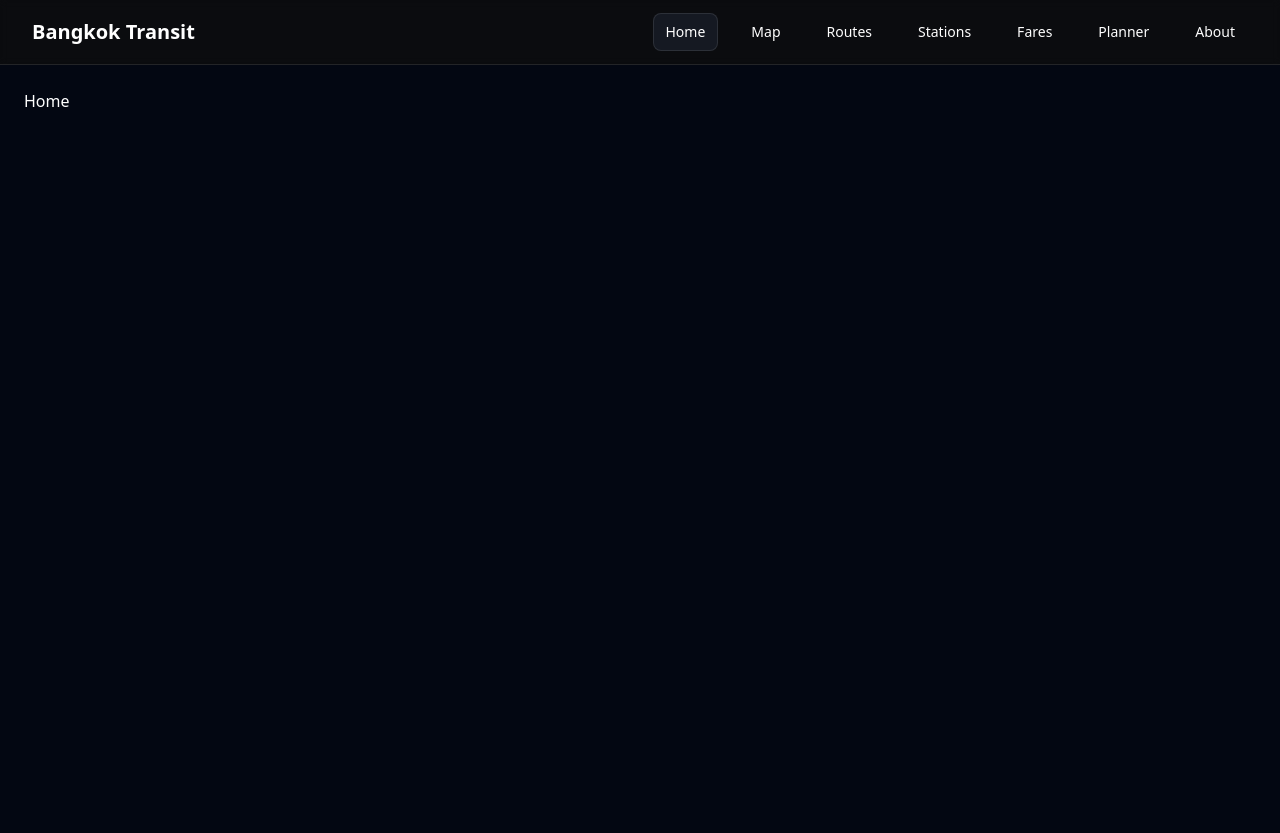
Repository: pyaestk/Bangkok-transit-map
Page: /
An editor plug-in stored every save of this project. The page is shown before and after a run of saves, followed by the edit.
The browser window is 1280 px wide. The pictures show the whole page.
The project was rebuilt for these pictures with package versions that can differ from the ones it lists, and the page was loaded fresh each time. Also part of the build but not shown: vite.config.ts, src/component/FiltersCard.tsx, src/pages/Map.tsx, src/pages/Planner.tsx, src/pages/Stations.tsx, src/pages/TrainRoutes.tsx, src/pages/Fares.tsx, src/pages/About.tsx.

Above is the page before, as saved 2025-10-04 10:25:19.

### index.html
<!doctype html>
<html lang="en">
  <head>
    <meta charset="UTF-8" />
    <link rel="icon" type="image/svg+xml" href="/vite.svg" />
    <meta name="viewport" content="width=device-width, initial-scale=1.0" />
    <title>bangkok-transit-map</title>
  </head>
  <body>
    <div id="root"></div>
    <script type="module" src="/src/main.tsx"></script>
  </body>
</html>

### src/main.tsx
import { StrictMode } from 'react'
import { createRoot } from 'react-dom/client'
import './index.css'
import App from './App.tsx'
import { BrowserRouter as Router } from 'react-router'

createRoot(document.getElementById('root')!).render(
  <StrictMode>
    <Router>
      <App />
    </Router>
  </StrictMode>,
)

### src/App.tsx
import "./App.css";
import NavBar from "./component/NavBar";
import { Routes, Route } from "react-router-dom";
import Home from "./pages/Home";
import Map from "./pages/Map";
import Planner from "./pages/Planner";
import Stations from "./pages/Stations";
import TrainRoutes from "./pages/TrainRoutes";
import Fares from "./pages/Fares";
import About from "./pages/About";


function App() {
  return (
    <div className="min-h-screen flex flex-col">
      {/* Navbar at the top */}
      <NavBar />

      {/* Main content area */}
      <main className="flex-1 p-6 bg-gray-950">
        <Routes>
          <Route
            path="/"
            element={ <Home/> }
          />
          <Route
            path="/map"
            element={ <Map/> }
          />
          <Route
            path="/planner"
            element={ <Planner/>}
          />
          <Route
            path="/routes"
            element={<TrainRoutes/>}
          />
          <Route
            path="/stations"
            element={<Stations/>}
          />
          <Route
            path="/fares"
            element={<Fares/>}
          />
          <Route
            path="/about"
            element={<About/>}
          />
        </Routes>
      </main>
    </div>
  );
}

export default App;

### src/App.css
@import "tailwindcss";

:root {
  background: #0a0a0a;
}

### src/component/NavBar.tsx
import { NavLink } from "react-router-dom";
import { useState } from "react";

function NavBar() {
  const [open, setOpen] = useState(false);

  const baseClasses =
    "px-3 py-2 text-sm border border-transparent block text-center";
  const inactiveClasses = "text-white transition-colors";
  const activeClasses = "bg-[#151922] border rounded-lg text-white border-white/10";

  const links = [
    { to: "/", label: "Home" },
    { to: "/map", label: "Map" },
    { to: "/routes", label: "Routes" },
    { to: "/stations", label: "Stations" },
    { to: "/fares", label: "Fares" },
    { to: "/planner", label: "Planner" },
    { to: "/about", label: "About" },
  ];

  return (
    <nav className="sticky top-0 z-50 bg-[#0e111675] border-b border-white/10 backdrop-blur-[4px]">
      <div className="max-w-7xl mx-auto px-4 sm:px-6 lg:px-8">
        <div className="flex items-center justify-between h-16">
          {/* Left side (Logo / Brand) */}
          <div className="flex-shrink-0 text-white text-xl font-bold">
            Bangkok Transit
          </div>

          {/* Desktop links */}
          <div className="hidden md:flex space-x-5">
            {links.map((l) => (
              <NavLink
                key={l.to}
                to={l.to}
                className={({ isActive }) =>
                  `${baseClasses} ${isActive ? activeClasses : inactiveClasses}`
                }
              >
                {l.label}
              </NavLink>
            ))}
          </div>

          {/* Mobile hamburger button */}
          <div className="md:hidden">
            <button
              aria-label="Toggle menu"
              onClick={() => setOpen((s) => !s)}
              className="inline-flex items-center justify-center p-2 rounded-md text-white hover:bg-white/5 focus:outline-none focus:ring-2 focus:ring-white"
            >
              <span className="sr-only">Open main menu</span>
              {/* Hamburger / X icon */}
              <svg
                className={`h-6 w-6 ${open ? "hidden" : "block"}`}
                xmlns="http://www.w3.org/2000/svg"
                fill="none"
                viewBox="0 0 24 24"
                strokeWidth={2}
                stroke="currentColor"
                aria-hidden="true"
              >
                <path
                  strokeLinecap="round"
                  strokeLinejoin="round"
                  d="M3 6h18M3 12h18M3 18h18"
                />
              </svg>
              <svg
                className={`h-6 w-6 ${open ? "block" : "hidden"}`}
                xmlns="http://www.w3.org/2000/svg"
                fill="none"
                viewBox="0 0 24 24"
                strokeWidth={2}
                stroke="currentColor"
                aria-hidden="true"
              >
                <path
                  strokeLinecap="round"
                  strokeLinejoin="round"
                  d="M6 18L18 6M6 6l12 12"
                />
              </svg>
            </button>
          </div>
        </div>
      </div>

      {/* Mobile menu, shown when open is true */}
      <div className={`md:hidden ${open ? "block" : "hidden"} `}>
        <div className="px-2 pt-2 pb-3 space-y-1">
          {links.map((l) => (
            <NavLink
              key={l.to}
              to={l.to}
              onClick={() => setOpen(false)}
              className={({ isActive }) =>
                `${baseClasses} ${isActive ? activeClasses : inactiveClasses}`
              }
            >
              {l.label}
            </NavLink>
          ))}
        </div>
      </div>
    </nav>
  );
}

export default NavBar;

### src/pages/Home.tsx
export default function Home() {
  return (
    <div className="min-h-screen">
      <h1 className="text-white">Home</h1>
    </div>
  )
}

Loaded but not shown: src/index.css (common file)

After the next 2 saves:
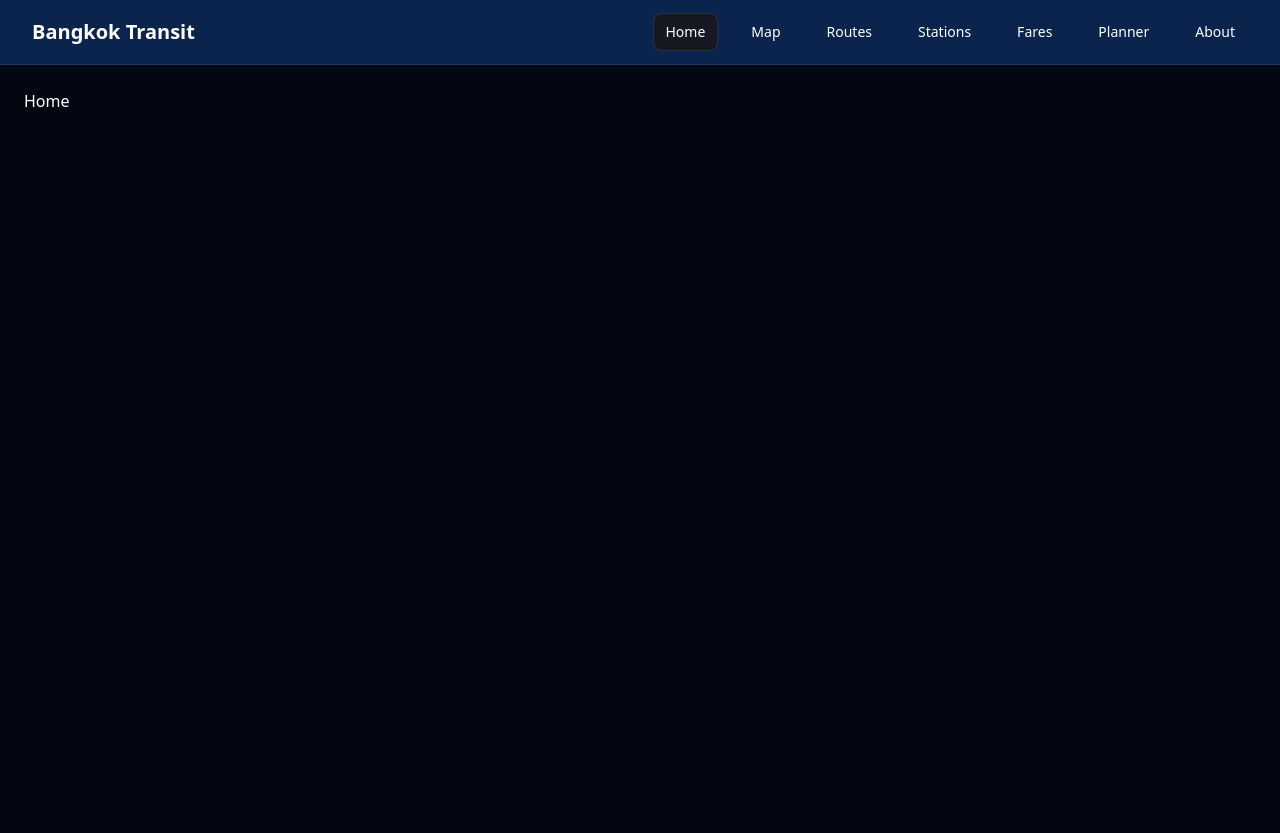
The 2 saves are shown as one change because they came seconds apart.
The last was saved 23 s later.
--- a/src/component/NavBar.tsx
+++ b/src/component/NavBar.tsx
@@ -20,7 +20,7 @@
   ];
 
   return (
-    <nav className="sticky top-0 z-50 bg-[#0e111675] border-b border-white/10 backdrop-blur-[4px]">
+    <nav className="sticky top-0 z-50 bg-[#0b244e] border-b border-white/10 backdrop-blur-[4px]">
       <div className="max-w-7xl mx-auto px-4 sm:px-6 lg:px-8">
         <div className="flex items-center justify-between h-16">
           {/* Left side (Logo / Brand) */}

After the save that followed:
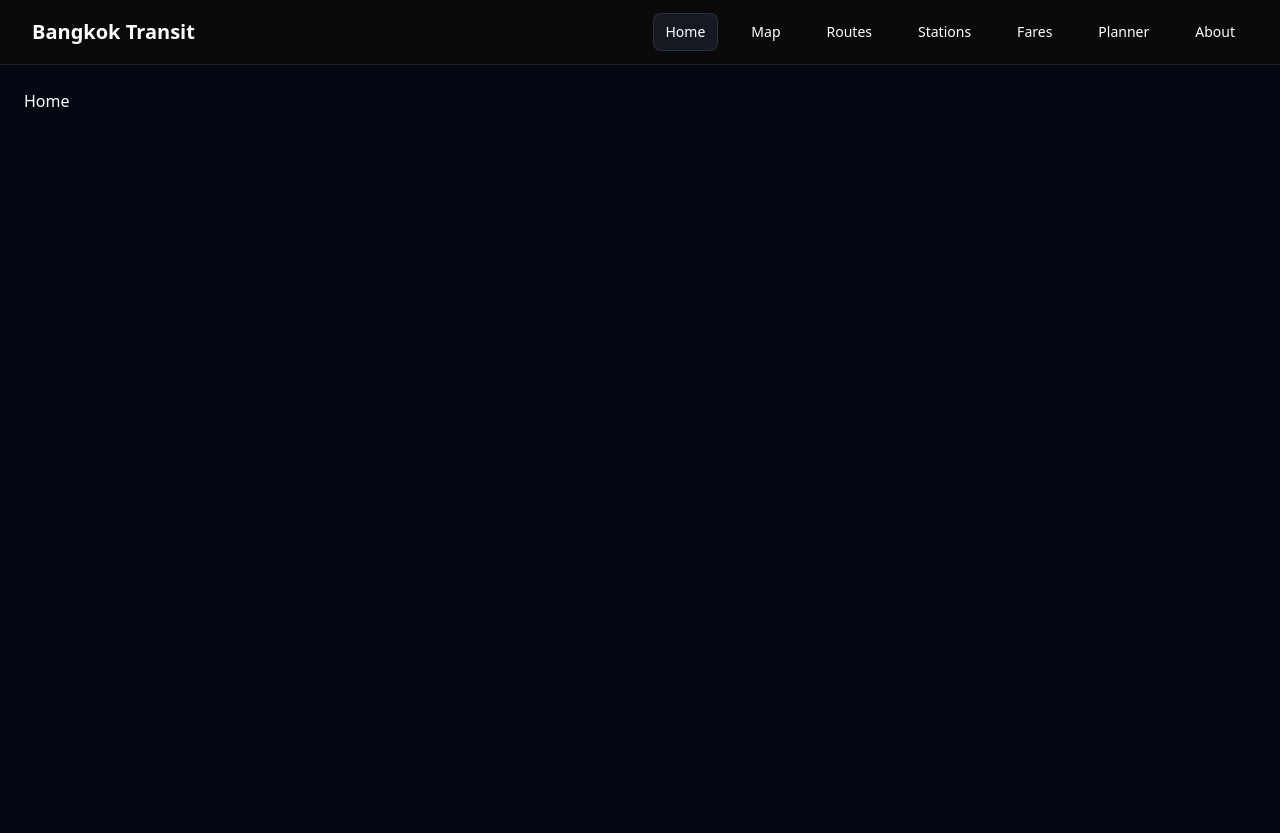
Saved 18 s later.
--- a/src/component/NavBar.tsx
+++ b/src/component/NavBar.tsx
@@ -20,7 +20,7 @@
   ];
 
   return (
-    <nav className="sticky top-0 z-50 bg-[#0b244e] border-b border-white/10 backdrop-blur-[4px]">
+    <nav className="sticky top-0 z-50 bg-[#0a0a0a] border-b border-white/10 backdrop-blur-[4px]">
       <div className="max-w-7xl mx-auto px-4 sm:px-6 lg:px-8">
         <div className="flex items-center justify-between h-16">
           {/* Left side (Logo / Brand) */}
